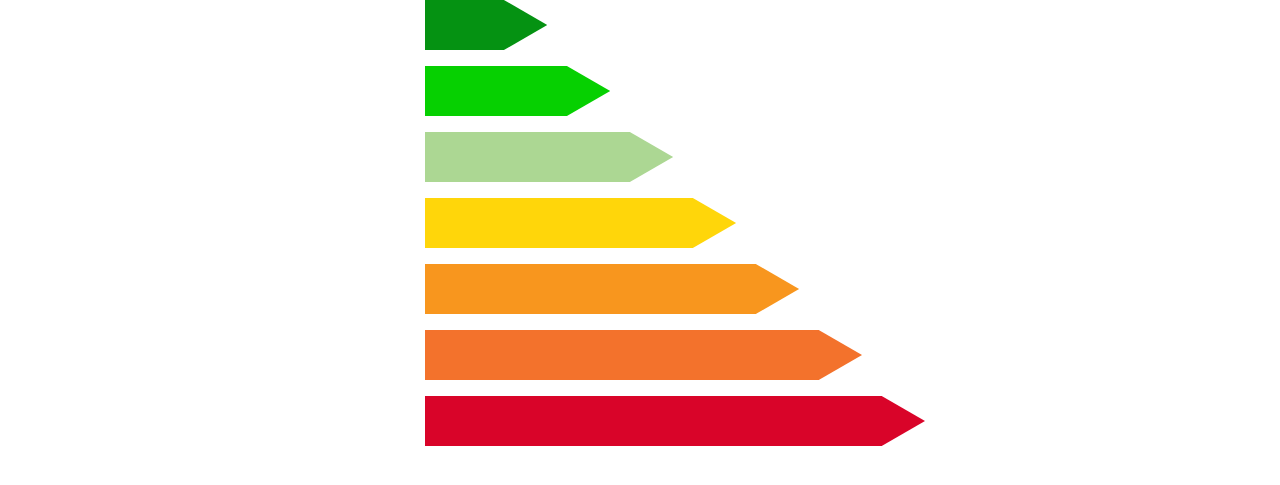
Repository: abdouAppcraft/Predict-DPE
Page: /result
These files come from the project's save history. The page is drawn as it stood at one moment and after the next save; the edit follows.
The browser window is 1280 px wide. The pictures show the whole page.
The project was rebuilt for these pictures with package versions that can differ from the ones it lists, and the page was loaded fresh each time. Also part of the build but not shown: src/hooks/useDpeOptions.tsx, src/strings/string.ts, src/utils/computeData.ts, src/screens/PredictForm/PredictForm.css, src/screens/PredictForm/PredictForm.tsx.

Above is the page before, as saved 2024-06-12 10:25:00.

### src/App.tsx
import React from "react";
import PredictForm from "./screens/PredictForm/PredictForm";
import { createBrowserRouter, RouterProvider } from "react-router-dom";
import Result from "./screens/Result/Result";

const router = createBrowserRouter([
  {
    path: "/",
    Component: PredictForm,
  },
  {
    path: "/result",
    Component: Result,
  },
]);

const App: React.FC = () => {
  return (
    <>
      <RouterProvider router={router} />
    </>
  );
};

export default App;

### src/screens/Result/Result.tsx
import React from "react";
import "./Result.css";
import { DpeGesType } from "../PredictForm/PredictForm";

interface Props extends Partial<DpeGesType> {}

const letter = [
  { label: "G", color: "#d90429" },
  { label: "F", color: "#f3722c" },
  { label: "E", color: "#f8961e" },
  { label: "D", color: "#ffd60a" },
  { label: "C", color: "#ACD793" },
  { label: "B", color: "#06D001" },
  { label: "A", color: "#059212" },
];

const Result: React.FC<Props> = (props) => {
  return (
    <div style={{ display: "flex" }}>
      <div
        style={{
          display: "flex",
          flexDirection: "column-reverse",
          justifyContent: "space-between",
        }}
      >
        {letter.map((l, index) => {
          const currentResult = props.Etiquette_DPE === index;
          return (
            <div
              style={{
                height: 50,
                border: currentResult ? "2px solid silver" : "",
                boxSizing: "border-box",
                width: 70,
                borderTopLeftRadius: "1rem",
                borderBottomLeftRadius: "1rem",
                alignContent: "center",
                textAlign: "center",
                fontSize: "1rem",
                fontWeight: "bold",
                backgroundColor: currentResult ? "white" : "",
              }}
            >
              {currentResult && l.label}
            </div>
          );
        })}
      </div>
      <div
        style={{
          flex: 1,
          maxWidth: 500,
          display: "flex",
          flexDirection: "column-reverse",
          margin: "auto",
          gap: "1rem",
        }}
      >
        {letter.map((l, index) => (
          <ResultItem {...l} flex={(letter.length - index) / letter.length} />
        ))}
      </div>
    </div>
  );
};

export default Result;

const ResultItem: React.FC<{ flex: number; label: string; color: string }> = ({
  flex,
  label,
  color,
}) => {
  return (
    <div>
      <div style={{ display: "flex", height: 50 }}>
        <div
          style={{
            flex,
            backgroundColor: color,
            placeContent: "center",
            fontWeight: "bold",
            color: "white",
            padding: ".5rem",
          }}
        ></div>
        <div style={{ backgroundColor: color }} className=" triangle"></div>
      </div>
    </div>
  );
};

### src/screens/Result/Result.css
/* HTML: <div class="triangle"></div> */
.shape {
    background: linear-gradient(45deg,#FA6900,#C02942);

}

.triangle {
    aspect-ratio: cos(30deg);
    clip-path: polygon(0 0,100% 50%,0 100%);
  }

Loaded but not shown: public/index.html (common file); src/index.tsx (common file); src/index.css (common file); src/reportWebVitals.ts (common file)

After the next save:
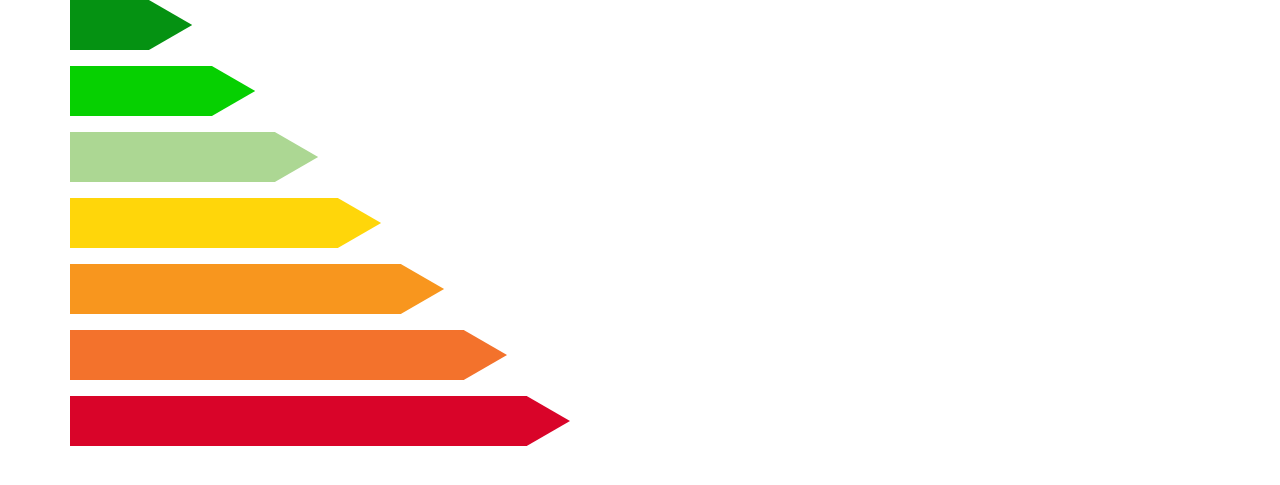
Saved 27 s later.
--- a/src/screens/Result/Result.tsx
+++ b/src/screens/Result/Result.tsx
@@ -53,7 +53,6 @@ const Result: React.FC<Props> = (props) => {
           maxWidth: 500,
           display: "flex",
           flexDirection: "column-reverse",
-          margin: "auto",
           gap: "1rem",
         }}
       >

After the 2 saves that followed:
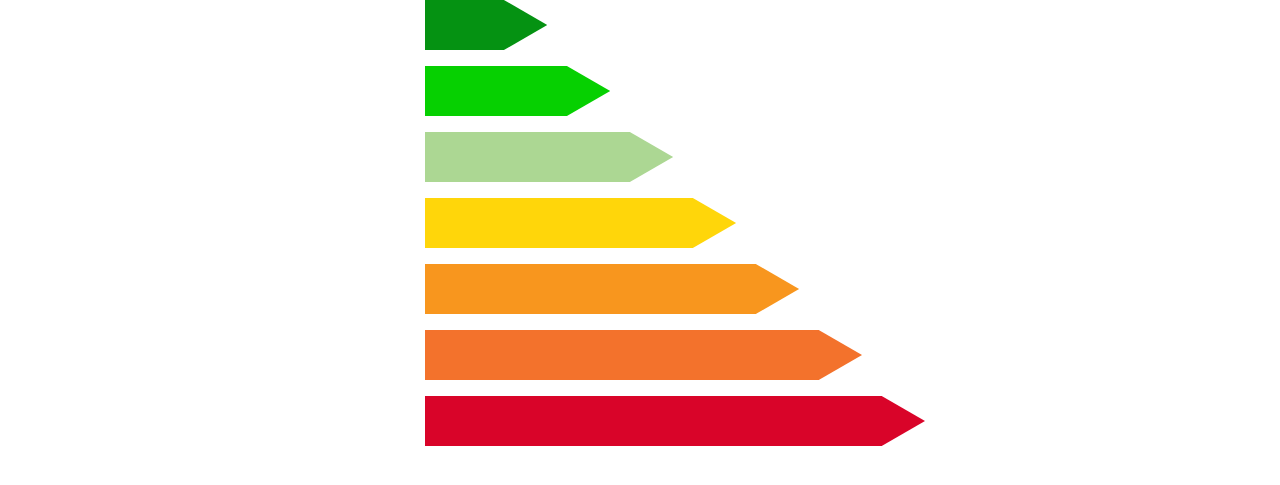
The 2 saves are shown as one change because 1 left the picture as it was.
The last was saved 22 s later.
--- a/src/screens/Result/Result.tsx
+++ b/src/screens/Result/Result.tsx
@@ -16,7 +16,7 @@ const letter = [
 
 const Result: React.FC<Props> = (props) => {
   return (
-    <div style={{ display: "flex" }}>
+    <div style={{ display: "flex", placeContent: "center" }}>
       <div
         style={{
           display: "flex",
